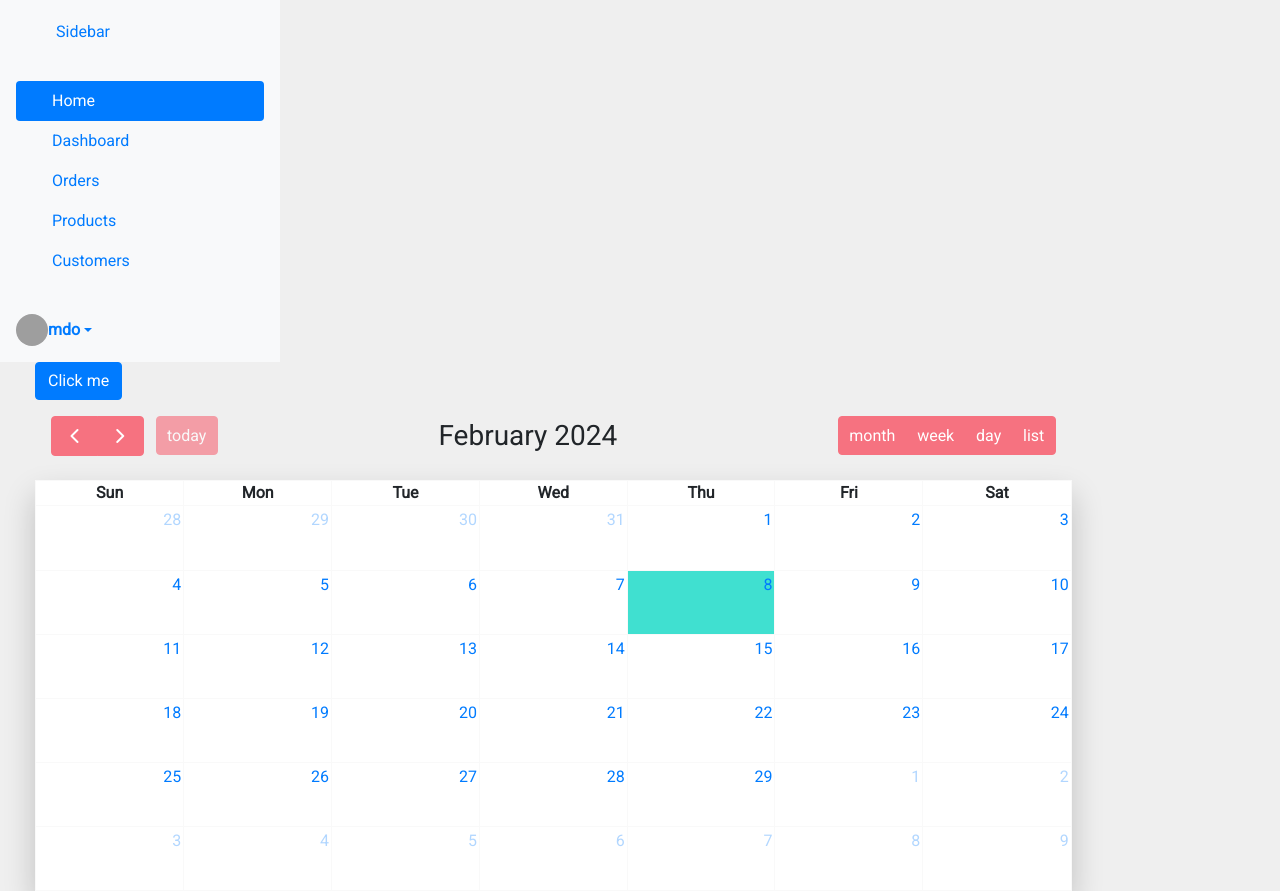
Repository: marios-petrov/NuPath
Page: softwareengineering1/calendarapp/templates/dataTest.html
These files come from the project's save history. The page is drawn as it stood at one moment and after the next save; the edit follows.
The browser window is 1280 px wide. The pictures show the whole page.
Pictures or frames that could not be fetched are drawn as grey boxes. The template is drawn by Django 5.2. The application's start-up code is not run. Other server files are loaded and not shown. The template is opened directly, without the code that normally fills it, so the values that code supplies are empty.

Above is the page before, as saved 2024-02-21 19:40:02.

### softwareengineering1/calendarapp/templates/dataTest.html
<!--initial calendar js, css, and bootstrap from https://colorlib.com/wp/template/calendar-20/-->
<!--https://colorlib.com/wp/bootstrap-calendars/ last visited: 2/19/2024-->

{% extends "base.html" %}

{% block content %}
{%load static %}

<div id='calendar-container' class='col-10'>
<div class="col-2 mx-0 px-0">
    <button class="btn btn-primary">Click me</button>
</div>

    <div id='calendar'></div>
</div>

<script src="{% static 'js/jquery-3.3.1.min.js' %}"></script>
<script src="{% static 'js/popper.min.js' %}"></script>
<script src="{% static 'js/bootstrap.min.js' %}"></script>

<!-- Include your static JavaScript files -->
<script src="{% static 'fullcalendar/packages/core/main.js' %}"></script>
<script src="{% static 'fullcalendar/packages/interaction/main.js' %}"></script>
<script src="{% static 'fullcalendar/packages/daygrid/main.js' %}"></script>
<script src="{% static 'fullcalendar/packages/timegrid/main.js' %}"></script>
<script src="{% static 'fullcalendar/packages/list/main.js' %}"></script>

<script>
    document.addEventListener('DOMContentLoaded', function () {
        var calendarEl = document.getElementById('calendar');

        var calendar = new FullCalendar.Calendar(calendarEl, {
            plugins: ['interaction', 'dayGrid', 'timeGrid', 'list'],
            height: 'parent',
            header: {
                left: 'prev,next today',
                center: 'title',
                right: 'dayGridMonth,timeGridWeek,timeGridDay,listWeek'
            },
            defaultView: 'dayGridMonth',
            defaultDate: '2024-02-01',
            navLinks: true, // can click day/week names to navigate views
            editable: true,
            eventLimit: true, // allow "more" link when too many events
            events: [
            {% for e in events %}
                {
                    title: '{{e.title}}',
                    start: '{{e.startTime|date:"c"}}',
                    end: '{{e.endTime|date:"c"}}',
                },
            {% endfor %}
            ]
        });

        calendar.render();
    });
</script>

{% endblock %}

### softwareengineering1/softwareengineering1/templates/base.html
<!doctype html>
<html lang="en">

  <head>
    <!-- Required meta tags -->
    <meta charset="utf-8">
    <meta name="viewport" content="width=device-width, initial-scale=1">
    <link href="https://fonts.googleapis.com/css?family=Roboto:300,400&display=swap" rel="stylesheet">
    <link href="https://fonts.googleapis.com/css?family=Poppins:300,400,500&display=swap" rel="stylesheet">

    <!-- Include your static CSS files -->
    {% load static %}
    <link rel="stylesheet" href="{% static 'fonts/icomoon/style.css' %}">
    <link href="{% static 'fullcalendar/packages/core/main.css' %}" rel="stylesheet">
    <link href="{% static 'fullcalendar/packages/daygrid/main.css' %}" rel="stylesheet">

    <!-- Bootstrap CSS -->
    <link rel="stylesheet" href="{% static 'css/bootstrap.min.css' %}">

    <!-- Style -->
    <link rel="stylesheet" href="{% static 'css/style.css' %}">

    <title>Novo Ninja</title>
  </head>
<body>
  <div class='container min-vw-100 justify-content'>
    <div class='row'>
  {% include 'navbar.html' %}

  {% block content %}

  {% endblock %}
</div>
</div>
</body>
</html>

### softwareengineering1/navbar/templates/navbar.html
<div class="d-flex flex-column flex-shrink-0 p-3 bg-light" style="width: 280px;">
    <a href="/" class="d-flex align-items-center mb-3 mb-md-0 me-md-auto link-dark text-decoration-none">
      <svg class="bi me-2" width="40" height="32"><use xlink:href="#bootstrap"></use></svg>
      <span class="fs-4">Sidebar</span>
    </a>
    <hr>
    <ul class="nav nav-pills flex-column mb-auto">
      <li class="nav-item">
        <a href="#" class="nav-link active" aria-current="page">
          <svg class="bi me-2" width="16" height="16"><use xlink:href="#home"></use></svg>
          Home
        </a>
      </li>
      <li>
        <a href="#" class="nav-link link-dark">
          <svg class="bi me-2" width="16" height="16"><use xlink:href="#speedometer2"></use></svg>
          Dashboard
        </a>
      </li>
      <li>
        <a href="#" class="nav-link link-dark">
          <svg class="bi me-2" width="16" height="16"><use xlink:href="#table"></use></svg>
          Orders
        </a>
      </li>
      <li>
        <a href="#" class="nav-link link-dark">
          <svg class="bi me-2" width="16" height="16"><use xlink:href="#grid"></use></svg>
          Products
        </a>
      </li>
      <li>
        <a href="#" class="nav-link link-dark">
          <svg class="bi me-2" width="16" height="16"><use xlink:href="#people-circle"></use></svg>
          Customers
        </a>
      </li>
    </ul>
    <hr>
    <div class="dropdown">
      <a href="#" class="d-flex align-items-center link-dark text-decoration-none dropdown-toggle" id="dropdownUser2" data-bs-toggle="dropdown" aria-expanded="false">
        <img src="https://github.com/mdo.png" alt="" width="32" height="32" class="rounded-circle me-2">
        <strong>mdo</strong>
      </a>
      <ul class="dropdown-menu text-small shadow" aria-labelledby="dropdownUser2">
        <li><a class="dropdown-item" href="#">New project...</a></li>
        <li><a class="dropdown-item" href="#">Settings</a></li>
        <li><a class="dropdown-item" href="#">Profile</a></li>
        <li><hr class="dropdown-divider"></li>
        <li><a class="dropdown-item" href="#">Sign out</a></li>
      </ul>
    </div>
  </div>

### softwareengineering1/softwareengineering1/static/fullcalendar/packages/daygrid/main.css
/* DayGridView
--------------------------------------------------------------------------------------------------*/
/* day row structure */
.fc-dayGridWeek-view .fc-content-skeleton,
.fc-dayGridDay-view .fc-content-skeleton {
  /* there may be week numbers in these views, so no padding-top */
  padding-bottom: 1em;
  /* ensure a space at bottom of cell for user selecting/clicking */
}

.fc-dayGrid-view .fc-body .fc-row {
  min-height: 4em;
  /* ensure that all rows are at least this tall */
}

/* a "rigid" row will take up a constant amount of height because content-skeleton is absolute */
.fc-row.fc-rigid {
  overflow: hidden;
}

.fc-row.fc-rigid .fc-content-skeleton {
  position: absolute;
  top: 0;
  left: 0;
  right: 0;
}

/* week and day number styling */
.fc-day-top.fc-other-month {
  opacity: 0.3;
}

.fc-dayGrid-view .fc-week-number,
.fc-dayGrid-view .fc-day-number {
  padding: 2px;
}

.fc-dayGrid-view th.fc-week-number,
.fc-dayGrid-view th.fc-day-number {
  padding: 0 2px;
  /* column headers can't have as much v space */
}

.fc-ltr .fc-dayGrid-view .fc-day-top .fc-day-number {
  float: right;
}

.fc-rtl .fc-dayGrid-view .fc-day-top .fc-day-number {
  float: left;
}

.fc-ltr .fc-dayGrid-view .fc-day-top .fc-week-number {
  float: left;
  border-radius: 0 0 3px 0;
}

.fc-rtl .fc-dayGrid-view .fc-day-top .fc-week-number {
  float: right;
  border-radius: 0 0 0 3px;
}

.fc-dayGrid-view .fc-day-top .fc-week-number {
  min-width: 1.5em;
  text-align: center;
  background-color: #f2f2f2;
  color: #808080;
}

/* when week/day number have own column */
.fc-dayGrid-view td.fc-week-number {
  text-align: center;
}

.fc-dayGrid-view td.fc-week-number > * {
  /* work around the way we do column resizing and ensure a minimum width */
  display: inline-block;
  min-width: 1.25em;
}

### softwareengineering1/softwareengineering1/static/css/style.css
body {
  font-family: "Roboto", -apple-system, BlinkMacSystemFont, "Segoe UI", Roboto, "Helvetica Neue", Arial, "Noto Sans", sans-serif, "Apple Color Emoji", "Segoe UI Emoji", "Segoe UI Symbol", "Noto Color Emoji";
  background-color: #efefef; }

p {
  color: #b3b3b3;
  font-weight: 300; }

h1, h2, h3, h4, h5, h6,
.h1, .h2, .h3, .h4, .h5, .h6 {
  font-family: "Roboto", -apple-system, BlinkMacSystemFont, "Segoe UI", Roboto, "Helvetica Neue", Arial, "Noto Sans", sans-serif, "Apple Color Emoji", "Segoe UI Emoji", "Segoe UI Symbol", "Noto Color Emoji"; }

a {
  -webkit-transition: .3s all ease;
  -o-transition: .3s all ease;
  transition: .3s all ease; }
  a, a:hover {
    text-decoration: none !important; }

.content {
  padding: 7rem 0; }

h2 {
  font-size: 20px; }

.form-control:active, .form-control:focus {
  outline: none;
  -webkit-box-shadow: none;
  box-shadow: none; }

#calendar {
  margin: 0 auto; }
  #calendar .fc-view-container {
    background-color: #fff;
    -webkit-box-shadow: 0 15px 30px 0 rgba(0, 0, 0, 0.2);
    box-shadow: 0 15px 30px 0 rgba(0, 0, 0, 0.2); }
  #calendar .fc-toolbar.fc-header-toolbar .fc-center {
    display: block; }

#calendar-container {
  top: 0;
  left: 20px;
  right: 20px;
  bottom: 20px; }

.fc-header-toolbar {
  /*
    the calendar will be butting up against the edges,
    but let's scoot in the header's buttons
    */
  padding-top: 1em;
  padding-left: 1em;
  padding-right: 1em; }

@media (max-width: 767.98px) {
  .fc-toolbar {
    display: block !important;
    text-align: center; }
    .fc-toolbar .fc-center {
      display: block;
      margin-top: 20px;
      margin-bottom: 20px; } }

Loaded but not shown: softwareengineering1/softwareengineering1/static/fonts/icomoon/style.css (common file); softwareengineering1/softwareengineering1/static/css/bootstrap.min.css (library); softwareengineering1/softwareengineering1/static/js/jquery-3.3.1.min.js (library); softwareengineering1/softwareengineering1/static/js/popper.min.js (library); softwareengineering1/softwareengineering1/static/js/bootstrap.min.js (library); softwareengineering1/softwareengineering1/static/fullcalendar/packages/core/main.js (library); softwareengineering1/softwareengineering1/static/fullcalendar/packages/interaction/main.js (2143 lines, source omitted); softwareengineering1/softwareengineering1/static/fullcalendar/packages/daygrid/main.js (1641 lines, source omitted); softwareengineering1/softwareengineering1/static/fullcalendar/packages/timegrid/main.js (1357 lines, source omitted); softwareengineering1/softwareengineering1/static/fullcalendar/packages/list/main.js (343 lines, source omitted); softwareengineering1/softwareengineering1/static/fullcalendar/packages/core/main.css (1058 lines, source omitted)

After the next save:
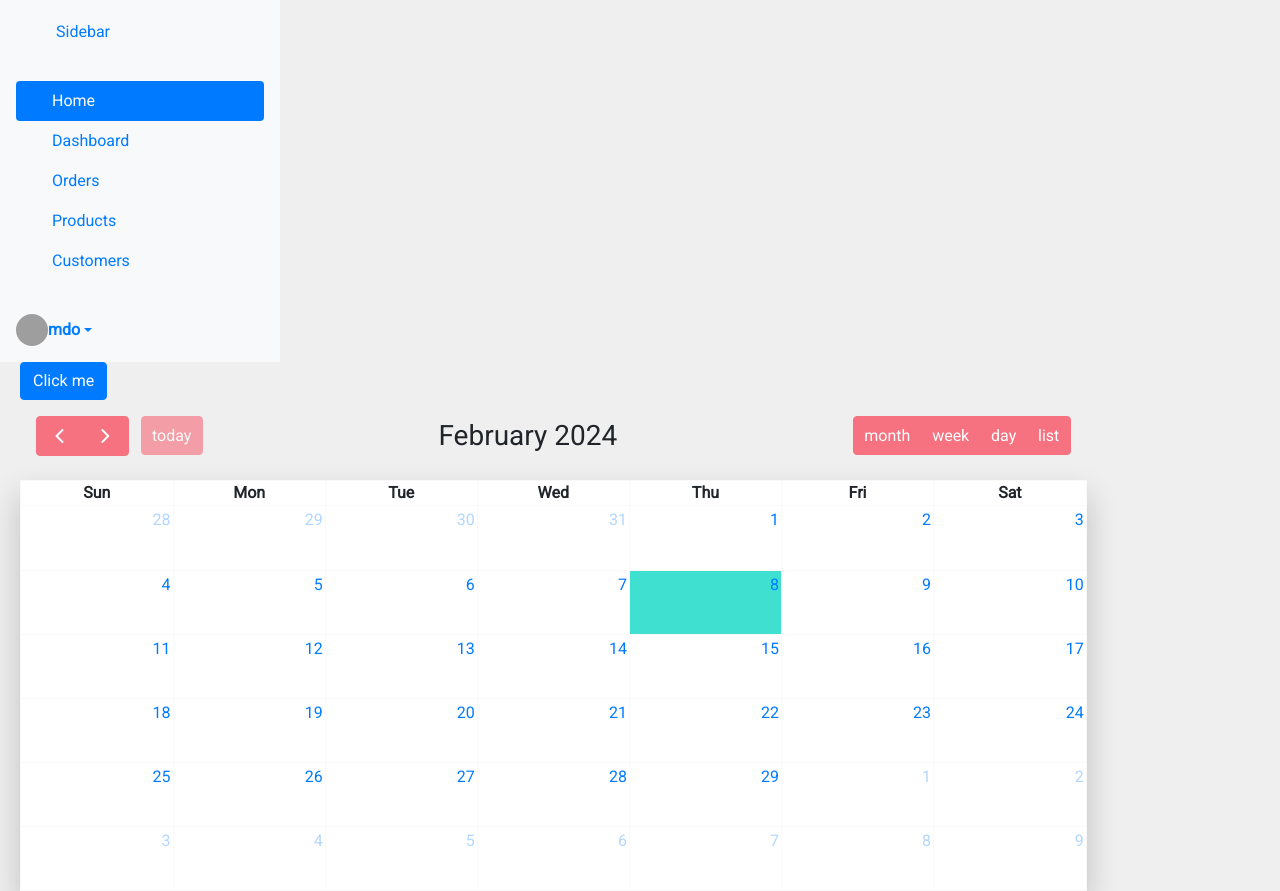
Saved 35 s later.
--- a/softwareengineering1/calendarapp/templates/dataTest.html
+++ b/softwareengineering1/calendarapp/templates/dataTest.html
@@ -6,7 +6,7 @@
 {% block content %}
 {%load static %}
 
-<div id='calendar-container' class='col-10'>
+<div id='calendar-container' class='col-10 px-0'>
 <div class="col-2 mx-0 px-0">
     <button class="btn btn-primary">Click me</button>
 </div>
